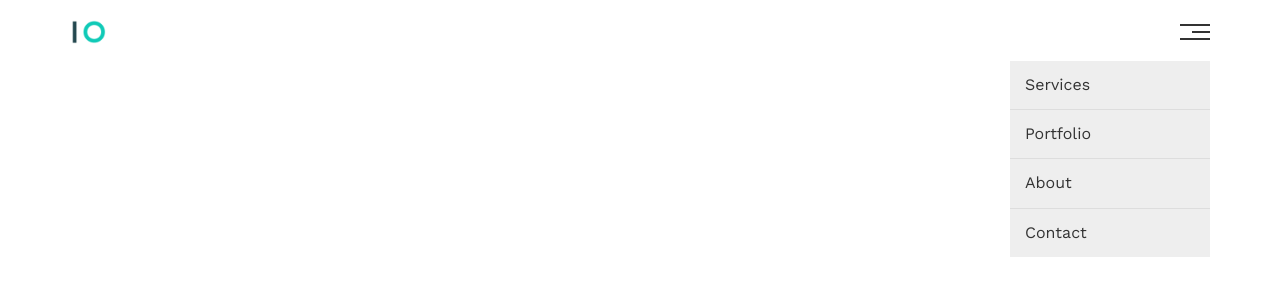
Repository: sayco/CSS-Front-End-Tutorials---Elzero
Page: 7-HTML and CSS Template One/index.html
The author's editor kept a copy of each file at every save. The page is drawn from the files as they stood at one save, then again after the next save.
The browser window is 1280 px wide. The pictures show the whole page.

Above is the page before, as saved 2021-06-19 14:16:24.

### 7-HTML and CSS Template One/index.html
<!DOCTYPE html>
<html lang="en">
<head>
    <meta charset="UTF-8">
    <meta http-equiv="X-UA-Compatible" content="IE=edge">
    <meta name="viewport" content="width=device-width, initial-scale=1.0">
    <!-- Main CSS style sheet -->
    <link rel="stylesheet" href="css/style.css">
    <!-- render on all browsers normaly -->
    <link rel="stylesheet" href="css/normalize.css">
    <!-- font awesome  -->
    <link rel="stylesheet" href="css/all.min.css">
    <!-- Google font "Work Sans" -->
    <link rel="preconnect" href="https://fonts.gstatic.com">
    <link href="https://fonts.googleapis.com/css2?family=Work+Sans:wght@300;400;500;600;700;800&display=swap" rel="stylesheet">
    <title>LEON - HTML & CSS Template One</title>
</head>
<body>
    <div class="header">
        <div class="container">
            <div class="logo">
                <img class="logo" src="images/logo.png" alt="logo">
            </div>
            <div class="links">
                <span class="icon">
                    <span></span>
                    <span></span>
                    <span></span>
                </span>

                <ul>
                    <li><a href="#services">Services</a></li>
                    <li><a href="#portfolio">Portfolio</a></li>
                    <li><a href="#about">About</a></li>
                    <li><a href="#contact">Contact</a></li>
                </ul>

            </div>
        </div>
    </div>
</body>
</html>

### 7-HTML and CSS Template One/css/style.css
/** start of variable **/
/** end of variables **/

/** start of global rules` **/
*
{
  box-sizing: border-box;

}

body
{
  font-family: 'Work Sans', sans-serif;
}

/* Main Container */
.container
{
  margin-left: auto;
  margin-right: auto;
  padding-left: 15px;
  padding-right: 15px;
}

/** Start media query **/

/* Small devices (landscape phones, 576px and up) */
@media (min-width: 576px)
{ .container{width: 562px;} }

/* Medium devices (tablets, 768px and up) */
@media (min-width: 768px)
{ .container{width: 750px;} }

/* Large devices (desktops, 992px and up) */
@media (min-width: 992px)
{ .container{width: 970px;} }

/* Extra large devices (large desktops, 1200px and up) */
@media (min-width: 1200px)
{ .container{width: 1170px;} }

/** End media query **/

/** End of global rules **/

/** Start Header **/

.header
{
  padding: 20px;
}

.header .container
{
  display: flex;
  justify-content: space-between;
  align-items: center;
}

.header .logo
{
  width: 60px;
}

.header .links
{
  position: relative;
}

.header .links ul
{
  background-color: #eee;
  padding: 15px;
  /* display: none; */
  position: absolute;
  right: 0;
}

.header .links ul
{
  list-style: none;
  width: 200px;
  padding: 0;
}

.header .links ul
{
  border-style: 1px solid red yellow green blue;
  border-width: 1px;
}

.header .links ul li
{
  padding: 15px;
  display: block;
}

.header .links ul li:not(:last-child)
{
  border-bottom: 1px solid #ddd;
}

.header .links ul a
{
  /* position:absolute; */
  text-decoration: none;
  color: #333;
  transition: 0.3s;
}

.header .links ul li:hover a
{
  padding-left: 20px;

}

.header .links .icon
{
  width: 30px;
  display: flex;
  flex-wrap: wrap;
  justify-content: flex-end;
}


.header .links:hover ul
{
  display:block;
}



.header .links .icon span
{
  background-color: #333;
  margin-bottom: 5px;
  height: 2px;
  transition: .6s;
}

.header .container .links .icon span:first-child
{
  width: 100%;
}

.header .container .links .icon span:nth-child(2)
{
  width: 60%;
  transition: .6s;
}

.header .container .links .icon span:last-child
{
  width: 100%;
}

.header .container .links:hover .icon span:nth-child(2)
{
  width: 100%;
}

/** End Header **/

Loaded but not shown: 7-HTML and CSS Template One/css/normalize.css (library); 7-HTML and CSS Template One/css/all.min.css (library)

After the next save:
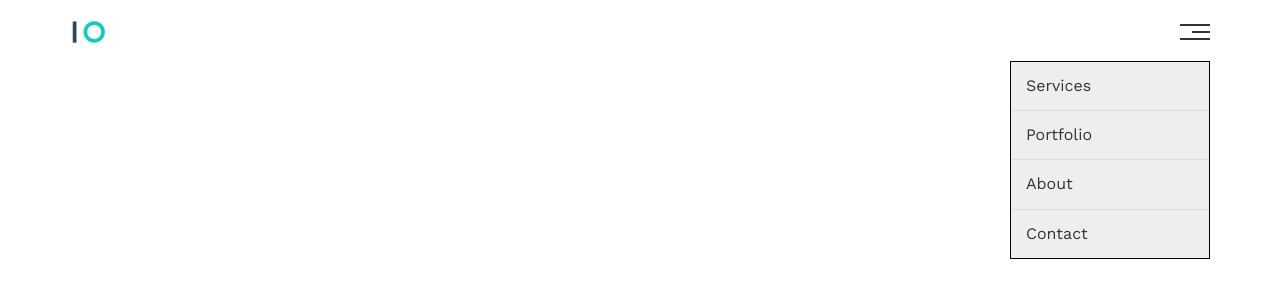
Saved 8 s later.
--- a/7-HTML and CSS Template One/css/style.css
+++ b/7-HTML and CSS Template One/css/style.css
@@ -86,7 +86,7 @@
 
 .header .links ul
 {
-  border-style: 1px solid red yellow green blue;
+  border-style: solid;
   border-width: 1px;
 }
 
